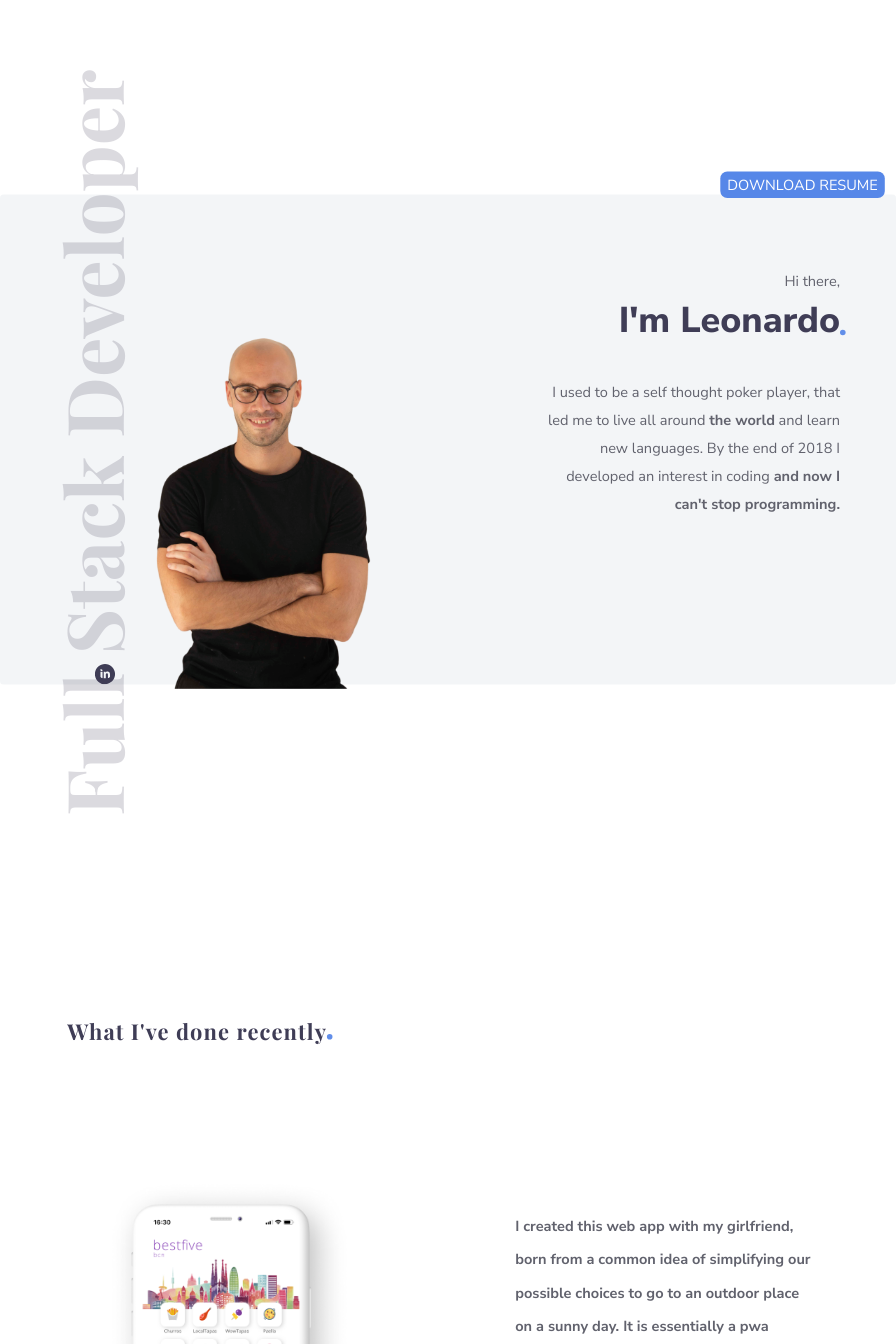
Repository: Easaaa/Portfolio-2020
Page: index.html
The author's editor kept a copy of each file at every save. The page is drawn from the files as they stood at one save, then again after the next save.
The browser window is 1280 px wide. The pictures show the part of the page from y = 0 to 1920 px (the page is 7563 px tall before and 7573 px after), at 70% of full size.
The style sheet was rebuilt from its Sass, Less or Tailwind sources for each picture, by a compiler version that may differ from the author's.

Above is the page before, as saved 2020-02-28 13:41:11.

### index.html
<!DOCTYPE html>
<html lang="en">
  <head>
    <meta charset="UTF-8" />
    <meta name="viewport" content="width=device-width, initial-scale=1.0" />
    <meta http-equiv="X-UA-Compatible" content="ie=edge" />
    <link rel="stylesheet" href="/stylesheets/css/main.css" />
    <title>leonardotononi.com</title>
  </head>
  <body>
    <!--  <nav>
      <ul>
        <li>
          <img src="/assets/hamb.svg" alt="hamburger icon" class="hamb-img" />
        </li>
        <li class="hidden">Works</li>
        <li class="hidden">Contact</li>
      </ul>
    </nav> -->
    <header>
      <div class="actions">
        <div class="socials">
          <a target="_blank" href="https://www.linkedin.com/in/leonardo-tononi/"
            ><img src="/assets/linkedin-with-circle.svg" alt="linkedin icon"
          /></a>
          <a target="_blank" href="https://github.com/Easaaa"
            ><img src="/assets/github-filled.svg" alt="github icon"
          /></a>
        </div>
        <div class="resume-btn">
          <a href="#">Download Resume</a>
        </div>
      </div>
      <img
        src="/assets/leo-black.png"
        class="image-me-mobile"
        alt="leonardo photo"
      />
      <div class="content-header">
        <div class="text-header-col">
          <h4>Full Stack Developer</h4>
          <p class="sub-title">Hi there,</p>
          <h1>
            I'm Leonardo
          </h1>
          <p class="about-title">
            I used to be a self thought poker player, that led me to live all
            around <strong>the world</strong> and learn new languages. By the
            end of 2018 I developed an interest in coding<strong>
              and now I can't stop programming.</strong
            >
          </p>
          <div class="socials-header">
            <a
              target="_blank"
              href="https://www.linkedin.com/in/leonardo-tononi/"
              ><img src="/assets/linkedin-with-circle.svg" alt="linkedin icon"
            /></a>
            <a target="_blank" href="https://github.com/Easaaa"
              ><img src="/assets/github-filled.svg" alt="github icon"
            /></a>
          </div>
        </div>
        <img
          src="/assets/leo-black.png"
          class="image-me-desktop"
          alt="leonardo photo"
        />
      </div>
    </header>
    <section class="works-section">
      <h2>
        What I've done recently
      </h2>
      <div class="work">
        <img src="/assets/bestfive.png" alt="iphone mockup" class="iphone" />
        <div class="work-details">
          <p>
            I created this web app with my girlfriend, born from a common idea
            of ​​simplifying our possible choices to go to an outdoor place on a
            sunny day. It is essentially a pwa created without the need for
            additional frameworks.
          </p>
          <ul class="lan-tag">
            <li># JavaScript</li>
            <li># PWA</li>
            <li># Google Analytics</li>
            <li># SEO</li>
            <li style="width: 11rem;"># Google Maps API</li>
          </ul>
          <div class="project-links">
            <a target="_blank" href="https://github.com/Easaaa/Bestfive-bcn"
              ><img src="/assets/github.svg" alt="git hub icon"
            /></a>
            <a target="_blank" href="https://bestfivebcn.com"
              ><img src="/assets/web.png" alt="world icon"
            /></a>
          </div>
        </div>
      </div>
      <div class="work odds">
        <img
          src="/assets/toureo-admin.png"
          alt="laptop mockup"
          class="desktop"
        />
        <div class="work-details">
          <p>
            After creating the first application and having hard coded the data,
            clearly not the smartest thing, I thought of creating an
            administration page from where I can create and manage the data from
            the database and then pull it from the mobile web app.
            <em
              >If you want have a look, write me an email, because you need the
              access.</em
            >
          </p>
          <ul class="lan-tag">
            <li># React.js</li>
            <li style="width: 10rem;"># Firebase Auth</li>
            <li># Firestore</li>
          </ul>
          <div class="project-links">
            <a
              target="_blank"
              href="https://github.com/Easaaa/admin-app-bestfive"
              ><img src="/assets/github.svg" alt="git hub icon"
            /></a>
            <a target="_blank" href="https://bestfivebcn.netlify.com/"
              ><img src="/assets/web.png" alt="world icon"
            /></a>
          </div>
        </div>
      </div>
      <div class="work">
        <img
          src="/assets/hotel-vittoria.png"
          alt="laptop mockup"
          class="desktop"
        />
        <div class="work-details">
          <p>
            This project with a italian hotel was my first approach to
            programming. In 2018 I made a web site with multilingual support
            with plain Html, css and JavaScript. On this
            <a target="_blank" href="https://vittoriahotel.eu">link</a> you can
            see the previous web and below you can see the new web app that is
            nearly ready to be deployed and so how my skills and tastes have
            evolved.
          </p>
          <ul class="lan-tag">
            <li># Gatsby.js</li>
            <li># Mobile View</li>
            <li># Booking.com API</li>
          </ul>
          <div class="project-links">
            <a
              target="_blank"
              href="https://github.com/Easaaa/hotel-vittoria-2020"
              ><img src="/assets/github.svg" alt="git hub icon"
            /></a>
            <a target="_blank" href="https://hotelvittoria.netlify.com/"
              ><img src="/assets/web.png" alt="world icon"
            /></a>
          </div>
        </div>
      </div>
      <div class="work odds">
        <img
          src="/assets/books-manager.png"
          alt="laptop mockup"
          class="desktop"
        />
        <div class="work-details">
          <p>
            This is a simple project made with react redux to test my
            understanding and the power of this stack.
          </p>
          <ul class="lan-tag">
            <li># React.js</li>
            <li># Redux</li>
            <li># Firebase Auth</li>
            <li># Google Books APIs</li>
          </ul>
          <div class="project-links">
            <a target="_blank" href="https://github.com/Easaaa/Book-manager"
              ><img src="/assets/github.svg" alt="git hub icon"
            /></a>
            <a target="_blank" href="https://books-manager.netlify.com/"
              ><img src="/assets/web.png" alt="world icon"
            /></a>
          </div>
        </div>
      </div>
      <h2>
        What I'm currently working on
      </h2>
      <div class="work">
        <img
          src="/assets/toureo-proto.png"
          alt="iphone mockup"
          class="iphone"
        />
        <div class="work-details">
          <p>
            I am recreating the first application (bestfive). The aim is to
            create the application with React Native, building more complex
            features, such as a more functional map, with filters and better
            interactions.
          </p>
          <ul class="lan-tag">
            <li># ReactNative</li>
            <li># Firebase</li>
          </ul>
          <div class="project-links"></div>
        </div>
      </div>
    </section>
    <section class="skill-section">
      <h2>
        Skills
      </h2>
      <ul class="skills">
        <li><img src="/assets/icon-skills/javascript.svg" alt="" /></li>
        <li><img src="/assets/icon-skills/react.svg" alt="" /></li>
        <li><img src="/assets/icon-skills/redux.svg" alt="" /></li>
        <li><img src="/assets/icon-skills/gatsby.svg" alt="" /></li>
        <li><img src="/assets/icon-skills/firebase.svg" alt="" /></li>
        <li><img src="/assets/icon-skills/sass.svg" alt="" /></li>
        <li><img src="/assets/icon-skills/html-5.svg" alt="" /></li>
        <li><img src="/assets/icon-skills/css-3.svg" alt="" /></li>
        <li><img src="/assets/icon-skills/logo-pwa.svg" alt="" /></li>
        <li><img src="/assets/icon-skills/figma.svg" alt="" /></li>
      </ul>
    </section>
    <footer>
      <h2>How to contact me</h2>
      <p>
        I am available for freelancer jobs and to work in your company. If you
        think I would be a good fit for you, send me an email.
      </p>
      <a href="mailto:leonardotononi@gmail.com" target="_top">
        <h5>leonardotononi@gmail.com</h5></a
      >
      <a href="/CV ENG - 02:2020.pdf" download>Download resume</a>
      <div class="social-links">
        <a target="_blank" href="https://www.linkedin.com/in/leonardo-tononi/"
          ><img src="/assets/linkedin-with-circle.svg" alt="linkedin icon"
        /></a>
        <a target="_blank" href="https://github.com/Easaaa"
          ><img src="/assets/github-filled.svg" alt="github icon"
        /></a>
      </div>
    </footer>
  </body>
</html>

### stylesheets/scss/main.scss
@import url("https://fonts.googleapis.com/css?family=Nunito+Sans:400,600,700,800&display=swap");
@import url("https://fonts.googleapis.com/css?family=Playfair+Display:500,700&display=swap");

* {
  padding: 0;
  margin: 0;
  box-sizing: border-box;
}

html {
  height: 100%;
  font-family: "Nunito Sans", sans-serif;
  -ms-text-size-adjust: 100%;
  -webkit-text-size-adjust: 100%;
}

body {
  width: 100%;
  height: 100%;
  -webkit-font-smoothing: antialiased;
  -moz-osx-font-smoothing: grayscale;
  font-size: 16px;
  display: block;
  min-width: 100%;
  margin-right: auto;
  margin-left: auto;
  float: right;
  clear: none;
  color: #1e1e1e;
  font-style: normal;
}

// GENERAL STYLE

ul li {
  list-style: none;
}

h2 {
  color: #3f3d56;
  font-weight: 900;
  padding: 2rem 1rem;
  position: relative;
  font-family: "Playfair Display", serif;
  letter-spacing: 1.6px;

  &:after {
    content: "";
    width: 5px;
    height: 5px;
    background-color: #618ee9;
    border-radius: 50%;
    bottom: 2.4rem;
    position: absolute;
  }
}

a {
  cursor: pointer;
}

// NAV

nav {
  position: absolute;
  right: 0;
  font-size: 1.2rem;

  .hamb-img {
    cursor: pointer;
  }

  ul {
    text-align: end;

    li {
      margin: 10px;
      text-transform: uppercase;
    }

    .hidden {
      display: none;
    }
  }
}

// HEADER

header {
  width: 100%;
  padding: 1rem 0 4rem 0;

  .actions {
    padding: 0 1rem;
    width: 100%;
    display: flex;
    justify-content: space-between;

    img {
      margin: 0 5px;
      width: 30px;
    }

    .resume-btn a {
      background-color: #5687E8;
      padding: 5px 10px;
      border-radius: 10px;
      color: #fff;
      text-decoration: none;
      text-transform: uppercase;
    }
  }

  .content-header {
    background-color: #d7dce44a;
    padding-bottom: 3rem;
    border-radius: 5px;
  }

  h1 {
    color: #3f3d56;
    text-align: end;
    font-weight: 900;
    margin: 0 1rem 1rem 1rem;
    position: relative;

    &:after {
      content: "";
      width: 5px;
      height: 5px;
      background-color: #618ee9;
      border-radius: 50%;
      bottom: 0.7rem;
      position: absolute;
    }
  }

  h4 {
    color: #3f3d56a1;
    padding: 1rem 2rem;
    font-size: 1.7rem;
    text-align: center;
    font-family: "Playfair Display", serif;
  }

  p {
    color: #61626d;
    text-align: end;
    font-weight: 400;
    margin: 0 1rem 0 auto;
    line-height: 2.5rem;
  }

  .socials-header {
    padding: 3rem 1rem 0rem 1rem;

    a img {
      width: 30px;
    }
  }

  .about-title {
    max-width: 300px;
  }

  .image-me-desktop,
  .image-me-mobile {
    max-width: 80%;
    margin: 0 auto -6px 20px;
    mix-blend-mode: normal;
  }

  .image-me-desktop {
    display: none;
  }
}

// WORKS

.works-section {
  max-width: 1400px;
  margin: 0 auto;
  padding: 1rem;

  img {
    width: 100%;
    margin: 0 auto;
    max-width: 450px;
    display: block;
    object-fit: cover;
    transition: transform 150ms ease-in;

    &:hover {
      transform: scale(1.05);
    }
  }

  .work {
    padding: 5rem 1rem;

    em {
      font-weight: 100;
    }

    .project-links {
      padding: 1rem;
      display: inline-flex;

      a {
        padding: 1rem;
        color: #fff;
        background-color: #618ee924;
        margin: 0 10px;
        border-radius: 50%;
      }

      img {
        width: 30px;
      }
    }
  }

  .iphone {
    width: 70%;
  }

  .desktop {
    max-width: 700px;
  }

  p {
    color: #61626d;
    font-weight: bold;
    padding: 1.3rem;
    line-height: 35px;

    a {
      color: #5687e8;
    }
  }

  .lan-tag {
    padding: 1rem;
    display: flex;
    flex-wrap: wrap;
    justify-content: flex-start;

    li {
      padding: 0.3rem 0.6rem;
      margin: 10px;
      text-align: center;
      border-radius: 40px;
    }

    .js {
      background-color: #f7df1e;
    }

    .react {
      background-color: #00d8ff;
    }

    .firebase {
      background-color: #fcca3f;
    }

    .redux {
      background-color: #764abc;
    }

    .pwa {
      background-color: #a34a4a;
      color: #fff;
    }
  }
}

// SKILLS

.skill-section {
  padding: 5rem 1rem;

  .skills {
    display: flex;
    flex-wrap: wrap;
    justify-content: space-evenly;

    li {
      width: 100px;
      text-align: center;
      padding: 1rem;

      img {
        width: 40px;
      }
    }
  }
}

// FOOTER

footer {
  padding: 1rem;

  p {
    color: #61626d;
    text-align: start;
    font-weight: 400;
    line-height: 2.5rem;
    padding-bottom: 2rem;
  }

  h5 {
    font-size: 1.2rem;
    font-weight: 400;
    color: #5687e8;
    padding-bottom: 2rem;
  }

  a {
    color: #5687e8;
  }

  .social-links {
    padding: 2rem 0;
    width: 100%;
    text-align: end;

    img {
      width: 30px;
      margin: 0 10px;
      color: #3f3d56;
    }

    a {
      text-decoration: none;
      color: #3f3d56;
    }
  }
}

@media only screen and (min-width: 700px) {
  body {
    font-size: 1.3rem;
  }

  header {
    padding: 4rem 0;

    h4,
    p,
    h1 {
      padding-right: 4rem;
    }

    h4 {
      font-size: 3rem;
    }

    .about-title {
      max-width: 500px;
    }
  }

  .works-section {
    padding: 5rem;

    .odds:last-of-type {
      padding: 3rem 0;
    }

    .work {
      padding: 10rem 0;

      p {
        padding: 2rem;
        line-height: 3rem;
      }

      .lan-tag {
        li {
          font-size: 1.1rem;
        }
      }
    }

    .desktop {
      padding-bottom: 4rem;
    }
  }

  .skill-section {
    padding: 5rem;

    .skills li img {
      width: 50px;
    }
  }

  footer {
    padding: 12rem 5rem;
  }
}

@media only screen and (min-width: 1000px) {
  h2 {
    &:after {
      bottom: 2.5rem;
      width: 8px;
      height: 8px;
    }
  }

  nav {
    position: initial;
    font-size: 1.2rem;
    width: 100%;
    text-align: center;

    .hamb-img {
      display: none;
    }

    ul {
      text-align: center;

      li {
        margin: 10px 30px;
        cursor: pointer;
        color: #3f3d56;
        font-weight: bold;
      }

      .hidden {
        display: inline-block;
      }
    }
  }

  .image-me-mobile {
    display: none;
  }

  header {
    margin: 12em 0;
    padding: 0;
    position: relative;

    img {
      margin: 0;
      position: absolute;
      bottom: 0;
      left: 130px;
    }

    h4 {
      font-size: 7rem;
      position: absolute;
      transform: rotate(-90deg);
      left: -450px;
      top: 38%;
      color: #3f3d5630;
    }

    .content-header {
      padding: 0;
      height: 700px;
      max-width: 1300px;
      margin: 0 0 0 auto;
    }

    .image-me-desktop {
      display: inline-block;
    }

    .text-header-col {
      padding: 5em 0;

      .socials-header {
        display: none;
      }

      h1 {
        padding: 0 4rem 2rem 0;
        font-size: 3.2rem;

        &:after {
          bottom: 2.8rem;
          width: 8px;
          height: 8px;
        }
      }
    }
  }

  .works-section {
    padding: 12rem 5rem;

    .work {
      display: grid;
      grid-template-columns: 1fr 1fr;
      grid-gap: 8rem;
      place-content: center;
      place-items: center;

      .lan-tag {
        justify-content: flex-start;
      }
    }

    .odds {
      img {
        order: 2;
      }

      p {
        text-align: end;
      }

      .lan-tag {
        justify-content: flex-end;
      }

      .project-links {
        justify-content: flex-end;
        width: 100%;
      }
    }
  }

  .skill-section {
    max-width: 1200px;
    background-color: #d7dce44a;
  }

  footer {
    max-width: 1100px;
    margin: 0 auto 0 0;
  }
}

@media only screen and (min-width: 1500px) {
  header img {
    left: initial;
  }
}

@media only screen and (min-width: 2000px) {
  header {
    max-width: 2000px;
    margin: 12em auto 0 auto;

    img {
      left: 25rem;
    }
  }
}

After the next save:
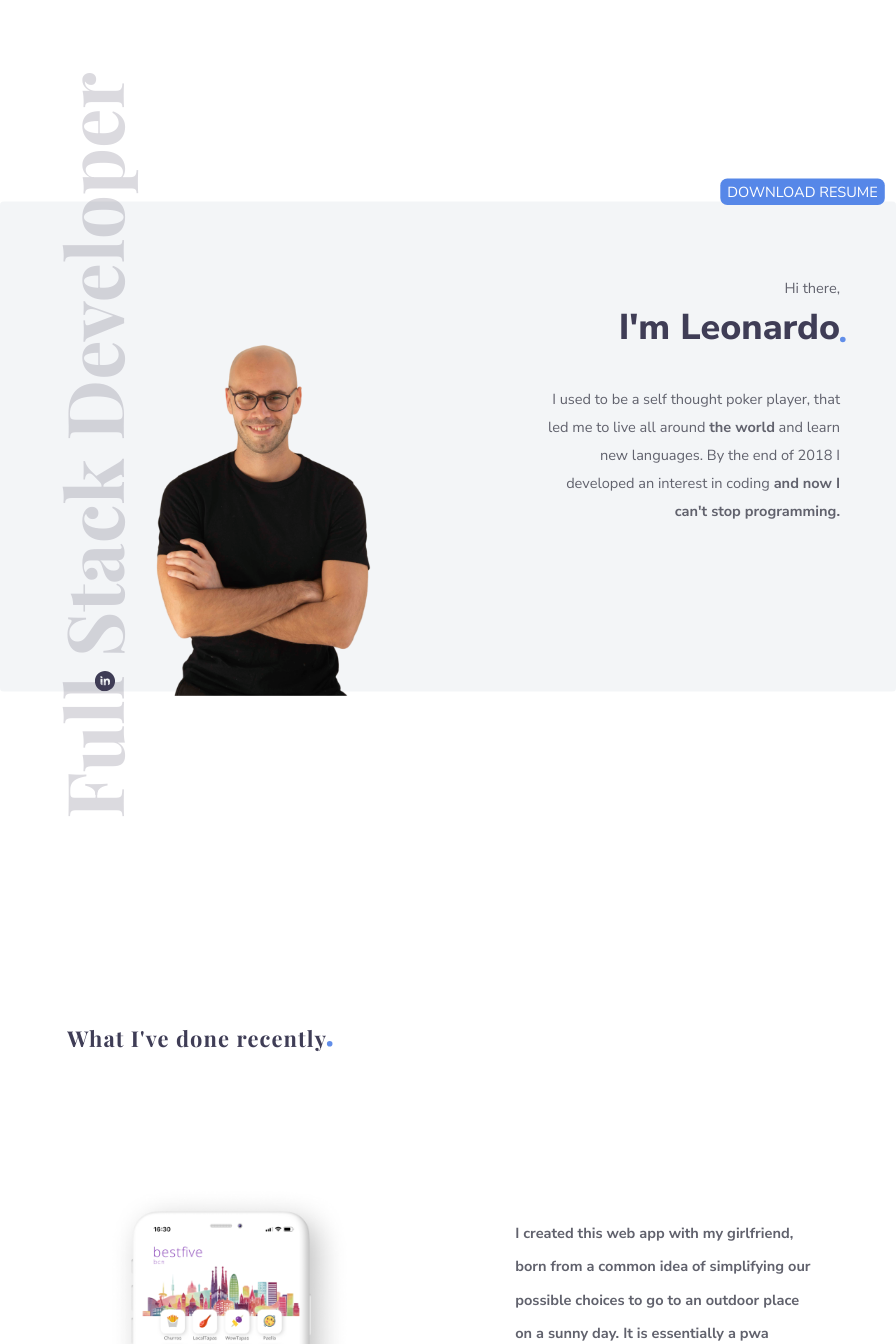
Saved 26 s later.
--- a/stylesheets/scss/main.scss
+++ b/stylesheets/scss/main.scss
@@ -101,13 +101,17 @@
       width: 30px;
     }
 
-    .resume-btn a {
-      background-color: #5687E8;
-      padding: 5px 10px;
-      border-radius: 10px;
-      color: #fff;
-      text-decoration: none;
-      text-transform: uppercase;
+    .resume-btn {
+      padding-top: 10px;
+
+      a {
+        background-color: #5687E8;
+        padding: 5px 10px;
+        border-radius: 10px;
+        color: #fff;
+        text-decoration: none;
+        text-transform: uppercase;
+      }
     }
   }
 
